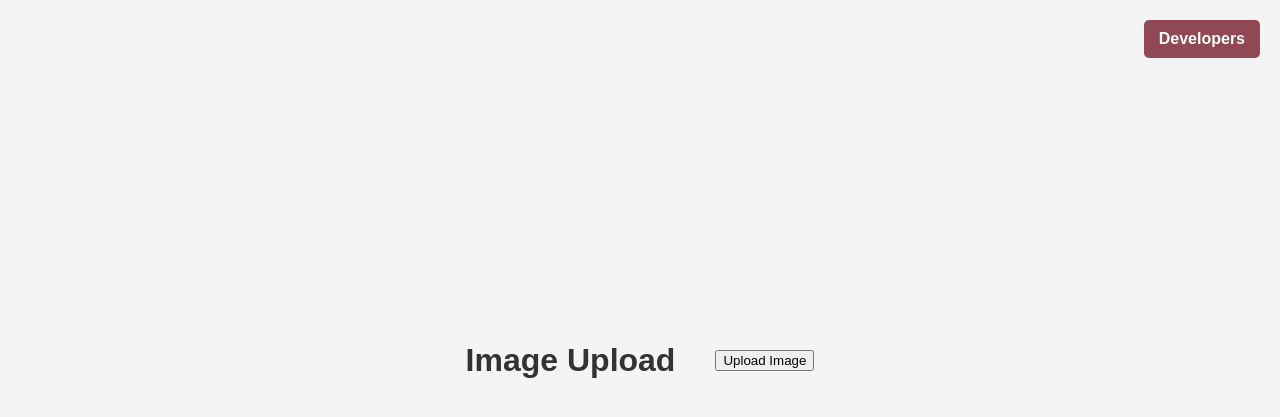
Repository: lucasmsdev/ai_recognize_images
Page: http://localhost/
The author's editor kept a record of every edit. The page is drawn from the files as they stood at one moment, then again after the next edit.
The browser window is 1280 px wide. The pictures show the whole page.
The page is served by the project's application, run on Flask 3 (app.py).

Above is the page before.

### templates/upload.html
<!-- upload.html -->

<!DOCTYPE html>
<html>
<head>
    <title>Upload Image</title>
    <link rel="stylesheet" href="{{ url_for('static', filename='cssdobruno.css') }}">
    <link rel="stylesheet" href="{{ url_for('static', filename='styles.css') }}">
</head>
<body>
    <a href="/devs" class="developers-link">Developers</a>
    <h1>Image Upload</h1>
    <form action="/" method="post" enctype="multipart/form-data">
        <input type="file" name="image" accept="image/*" class="upload-input">
        <button type="submit" class="upload-button">Upload Image</button>
    </form>
</body>
</html>

### app.py
import os
import numpy as np
import tensorflow as tf
from tensorflow.keras.preprocessing.image import load_img, img_to_array
from tensorflow.keras.applications.resnet50 import preprocess_input, decode_predictions
from flask import Flask, render_template, request
from PIL import Image  # Importe a classe Image do módulo PIL
app = Flask(__name__)

def preprocess_image(image):
    image = image.resize((224, 224))
    image = img_to_array(image)
    image = preprocess_input(image)
    image = np.expand_dims(image, axis=0)
    return image

model = tf.keras.applications.ResNet50(weights='imagenet')

@app.route('/', methods=['GET', 'POST'])
def upload_and_analyze():
    if request.method == 'POST':
        image_file = request.files['image']
        if image_file:
            image = Image.open(image_file)
            input_image = preprocess_image(image)
            predictions = model.predict(input_image)
            decoded_predictions = decode_predictions(predictions, top=3)[0]
            return render_template('result.html', predictions=decoded_predictions)
    return render_template('upload.html')

@app.route('/devs')
def devs():
    return render_template('devs.html')

if __name__ == '__main__':
    app.run(debug=True, port=8000)

### static/cssdobruno.css
/* upload.css */

.upload-button {
    /* Estilos do botão de upload... */
}

.upload-input {
    display: none;
}

/* Estilizando o botão "Escolher arquivo" */
.custom-file-input {
    display: inline-block;
    padding: 10px 20px;
    background-color: #3498db;
    color: #fff;
    text-decoration: none;
    border: none;
    border-radius: 5px;
    cursor: pointer;
    transition: background-color 0.3s ease-in-out;
}

.custom-file-input:hover {
    background-color: #2980b9;
}

/* Estilizando a label do botão "Escolher arquivo" */
.custom-file-label {
    background-color: #3498db;
    color: #fff;
    padding: 10px 20px;
    border: none;
    border-radius: 5px;
    cursor: pointer;
    transition: background-color 0.3s ease-in-out;
}

.custom-file-label:hover {
    background-color: #2980b9;
}

### static/styles.css
/* styles.css */

/* styles.css */

body {
    font-family: Arial, sans-serif;
    background-color: #f4f4f4;
    display: flex;
    justify-content: center;
    align-items: center;
    height: 100vh;
    margin: 0;
    position: relative;
}

.developers-link {
    position: absolute;
    top: 20px;
    right: 20px;
    padding: 10px 15px;
    background-color: #8f4854; /* Cor de fundo do link */
    text-decoration: none;
    color: #fff; /* Cor do texto do link */
    font-weight: bold;
    border-radius: 5px;
    transition: background-color 0.3s ease-in-out;
}

.developers-link:hover {
    background-color: #FF0000; /* Cor de fundo do link ao passar o mouse */
}
.developers-link {
    position: absolute;
    top: 20px;
    right: 20px;
    padding: 10px 15px;
    background-color: #8f4854; /* Cor de fundo do link */
    text-decoration: none;
    color: #fff; /* Cor do texto do link */
    font-weight: bold;
    border-radius: 5px;
    transition: background-color 0.3s ease-in-out;
}

.developers-link:hover {
    background-color: #FF0000; /* Cor de fundo do link ao passar o mouse */
}

h1 {
    text-align: center;
    margin-bottom: 20px;
    color: #333;
}
h1 {
    margin-bottom: 20px;
    margin-right: 40px;
    color: #333;
}

ul.results {
    list-style-type: none;
    padding: 0;
}


ul.results li {
    margin-bottom: 15px;
    margin-left: 49px;
    padding: 15px;
    background-color: #fff;
    border-radius: 5px;
    text-align: center;
    box-shadow: 0 2px 4px rgba(0, 0, 0, 0.1);
    font-size: 18px;
}

.Assertividade {
    font-weight: bold;
    display: inline-block;
    padding: 5px 10px;
    border-radius: 20px;
}

.AltaAssertividade {
    color: #2ecc71; /* Cor verde para alta confiança */
}

.BaixaAssertividade {
    color: #e74c3c; /* Cor vermelha para baixa confiança */
}

After the next edit:
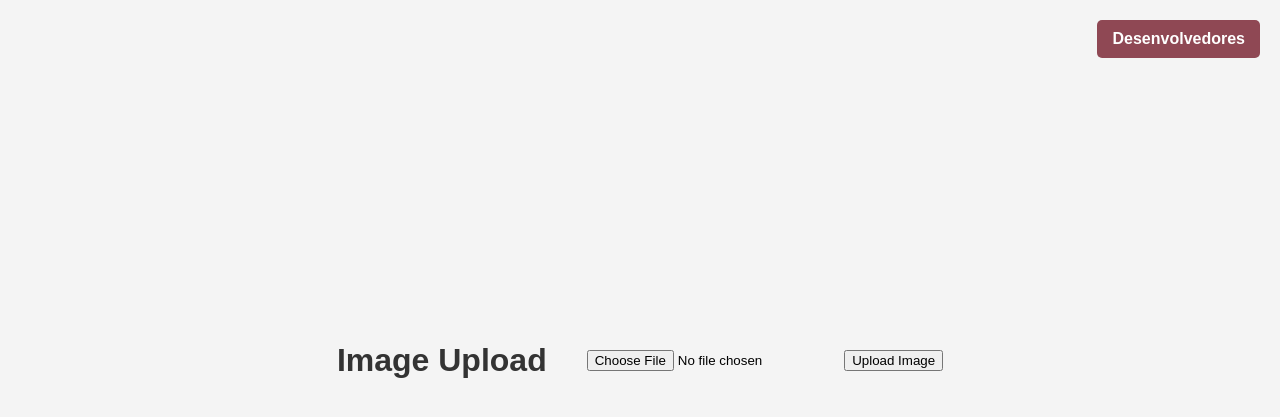
The edit:
--- a/templates/upload.html
+++ b/templates/upload.html
@@ -4,14 +4,13 @@
 <html>
 <head>
     <title>Upload Image</title>
-    <link rel="stylesheet" href="{{ url_for('static', filename='cssdobruno.css') }}">
     <link rel="stylesheet" href="{{ url_for('static', filename='styles.css') }}">
 </head>
 <body>
-    <a href="/devs" class="developers-link">Developers</a>
+    <a href="/devs" class="developers-link">Desenvolvedores</a>
     <h1>Image Upload</h1>
     <form action="/" method="post" enctype="multipart/form-data">
-        <input type="file" name="image" accept="image/*" class="upload-input">
+        <input type="file" name="image" accept="image/*" class="upload-button">
         <button type="submit" class="upload-button">Upload Image</button>
     </form>
 </body>
